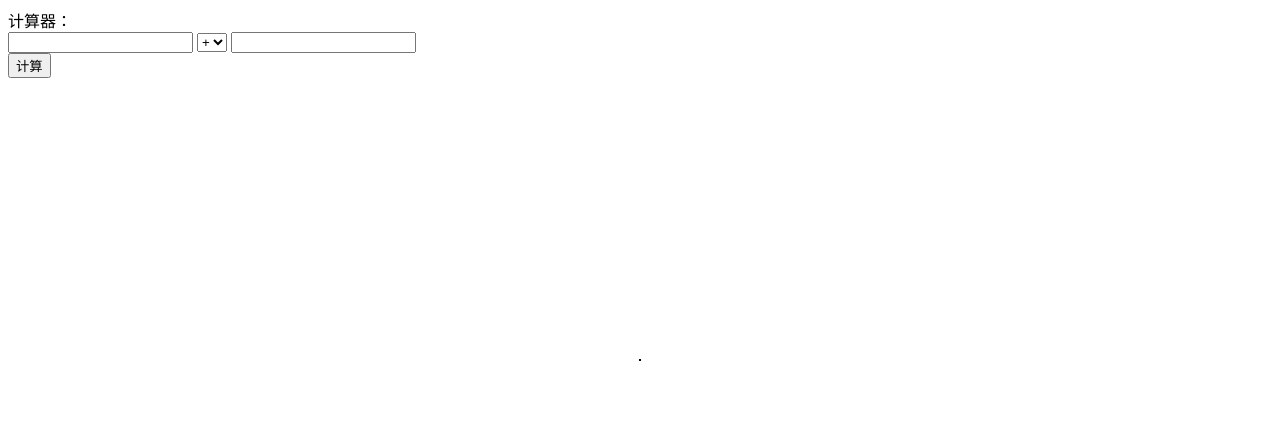
Repository: guirui-li/StudyJavaWeb
Page: http://localhost/JavawebTest/experiment05/table.jsp
An editor plug-in stored every save of this project. The page is shown before and after the next save, followed by the edit.
The browser window is 1280 px wide. The pictures show the whole page.
The page is served by Tomcat 9.

Above is the page before, as saved 2019-05-03 07:09:47.

After the next save:
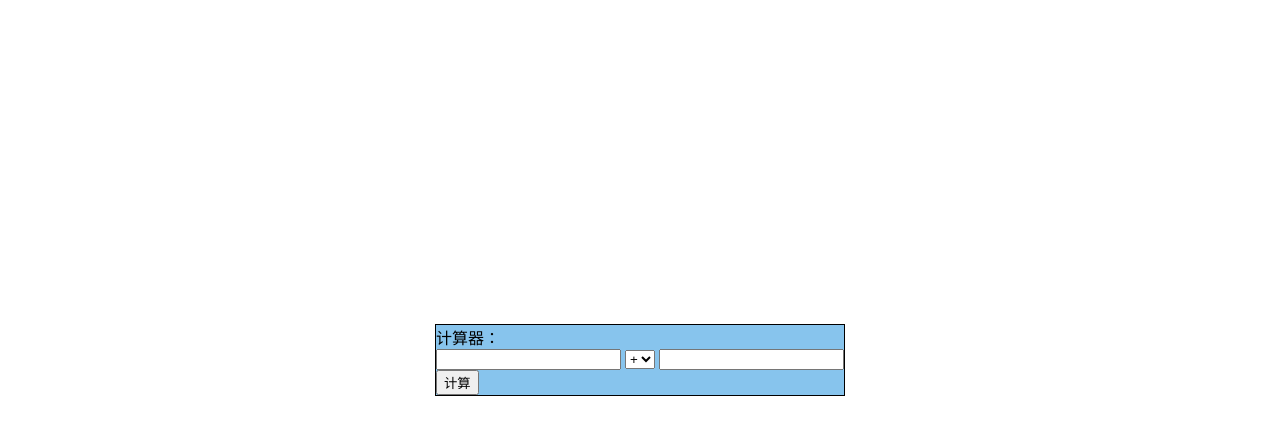
Saved 25 s later.
--- a/JavawebTest/WebContent/experiment05/table.jsp
+++ b/JavawebTest/WebContent/experiment05/table.jsp
@@ -19,27 +19,28 @@
 	</style>
 </head>
 <body>
-	<div id="div"></div>
-	计算器：
-	<form action="/JavawebTest/TableServlet" method="get">
-		<label>
-			<input type="text" name="number1"/>
-		</label>
-		<label>
-			<select name="select">
-				<option value="+" selected="selected">+</option>
-				<option value="-" >-</option>
-				<option value="*" >*</option>
-				<option value="/" >/</option>
-			</select>
-		</label>
-		<label>
-			<input type="text" name="number2"/>
-		</label>
-		<br>
-		<label>
-			<input type="submit" name="Submit" value="计算"/>
-		</label>
-	</form>
+	<div id="div">
+		计算器：
+		<form action="/JavawebTest/TableServlet" method="get">
+			<label>
+				<input type="text" name="number1"/>
+			</label>
+			<label>
+				<select name="select">
+					<option value="+" selected="selected">+</option>
+					<option value="-" >-</option>
+					<option value="*" >*</option>
+					<option value="/" >/</option>
+				</select>
+			</label>
+			<label>
+				<input type="text" name="number2"/>
+			</label>
+			<br>
+			<label>
+				<input type="submit" name="Submit" value="计算"/>
+			</label>
+		</form>
+	</div>
 </body>
 </html>
